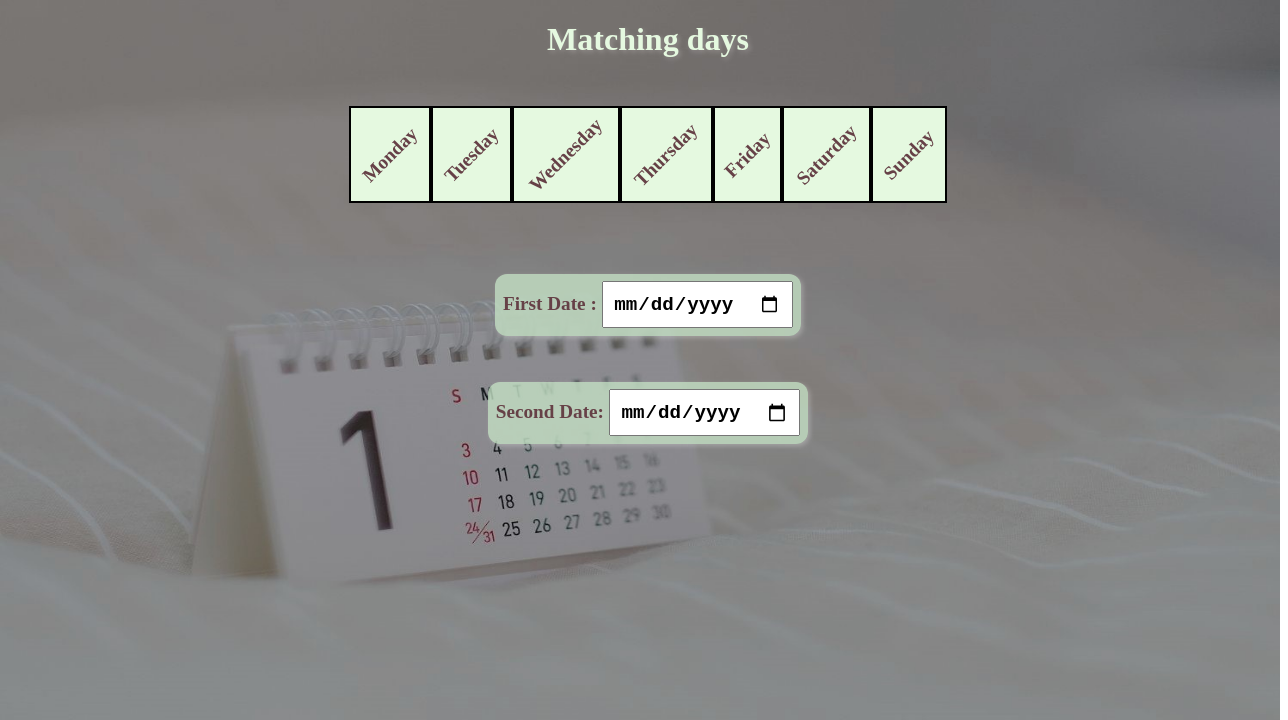
Repository: lasity34/matching-days
Page: index.html
An editor plug-in stored every save of this project. The page is shown before and after the next save, followed by the edit.
The browser window is 1280 px wide. The page is 1288 px wide, so the pictures cover 1288 px, including what lies to the right of the window. The pictures show the whole page.
Some web fonts or font styles are not loaded; a fallback is used. Some web libraries are served in a nearby version.

Above is the page before, as saved 2023-05-10 14:28:40.

After the next save:
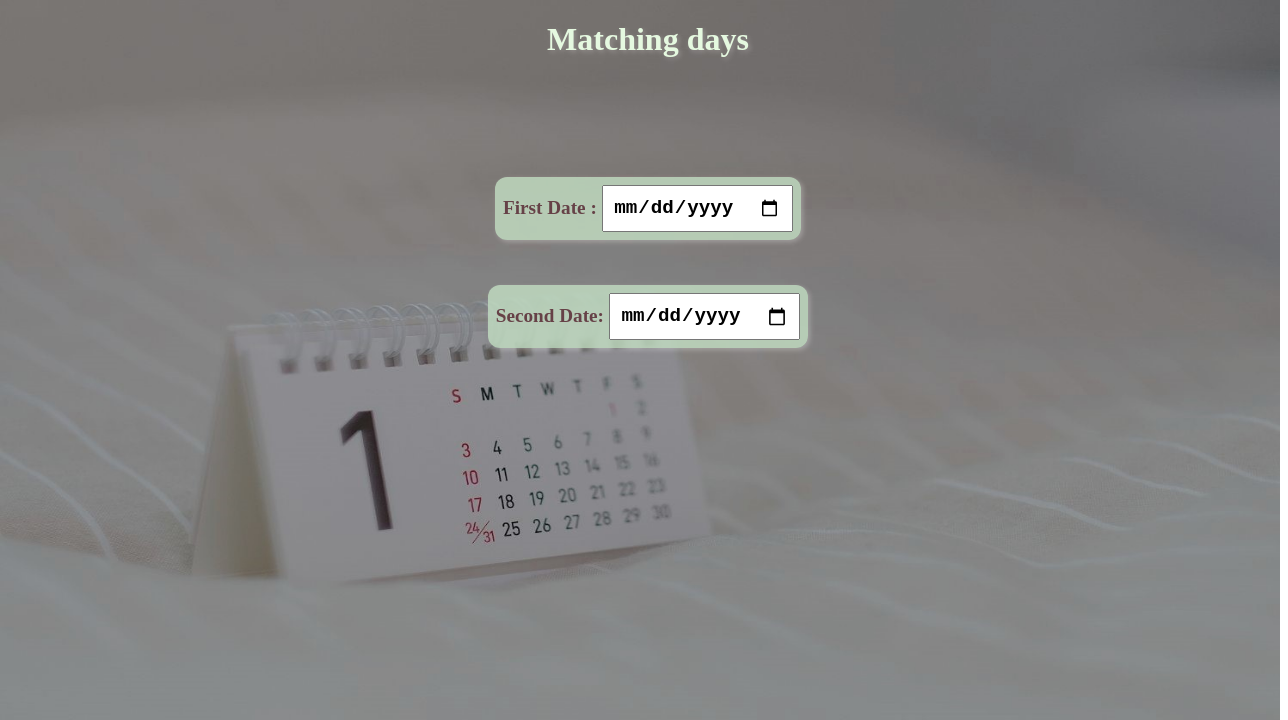
Console error: ReferenceError: daysTemplate is not defined
Saved 8 min 38 s later.
--- a/matching-days.js
+++ b/matching-days.js
@@ -9,31 +9,37 @@
 
     daysInstance.set_date_value(first_date_input.value, second_date_input.value)
     daysInstance.get_day()
+
+    daysTemplate()
+
 }
 
 
 document.addEventListener("DOMContentLoaded", function() {
 
-    const template_source = document.querySelector("#days_template").innerHTML
-    const days_template = Handlebars.compile(template_source)
+    function daysTemplate() {
+        const template_source = document.querySelector("#days_template").innerHTML
+        const days_template = Handlebars.compile(template_source)
 
 
-    const daysData = {
-        different_days: [
-            { day: "Monday"},
-            { day: "Tuesday"},
-            { day: "Wednesday"},
-            { day: "Thursday"},
-            { day: "Friday"},
-            { day: "Saturday"},
-            { day: "Sunday"}
-        ]
+        const daysData = {
+            different_days: [
+                { day: "Monday" },
+                { day: "Tuesday"},
+                { day: "Wednesday"},
+                { day: "Thursday"},
+                { day: "Friday"},
+                { day: "Saturday"},
+                { day: "Sunday"}
+            ]
+        }
+
+        const daysDataHTML = days_template(daysData)
+
+        days_data_display.innerHTML = daysDataHTML
+
     }
+    })
 
-    const daysDataHTML = days_template(daysData)
-
-    days_data_display.innerHTML = daysDataHTML
-
-})
 
 days_data_display.addEventListener("change", matching_days_update())

After the save that followed:
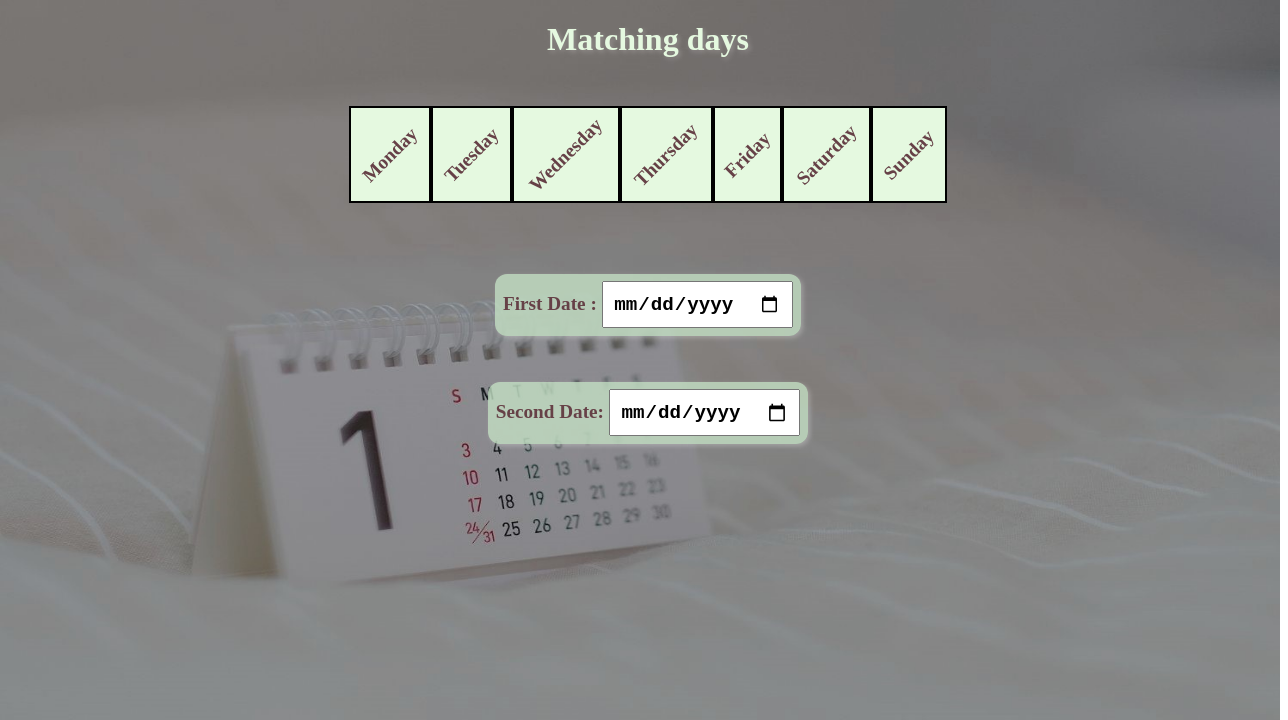
The error is gone.
Saved 57 s later.
--- a/matching-days.js
+++ b/matching-days.js
@@ -14,31 +14,33 @@
 
 }
 
+function daysTemplate() {
+    const template_source = document.querySelector("#days_template").innerHTML
+    const days_template = Handlebars.compile(template_source)
+
+
+    const daysData = {
+        different_days: [
+            { day: "Monday" },
+            { day: "Tuesday"},
+            { day: "Wednesday"},
+            { day: "Thursday"},
+            { day: "Friday"},
+            { day: "Saturday"},
+            { day: "Sunday"}
+        ]
+    }
+
+    const daysDataHTML = days_template(daysData)
+
+    days_data_display.innerHTML = daysDataHTML
+
+}
+
 
 document.addEventListener("DOMContentLoaded", function() {
+    daysTemplate()
 
-    function daysTemplate() {
-        const template_source = document.querySelector("#days_template").innerHTML
-        const days_template = Handlebars.compile(template_source)
-
-
-        const daysData = {
-            different_days: [
-                { day: "Monday" },
-                { day: "Tuesday"},
-                { day: "Wednesday"},
-                { day: "Thursday"},
-                { day: "Friday"},
-                { day: "Saturday"},
-                { day: "Sunday"}
-            ]
-        }
-
-        const daysDataHTML = days_template(daysData)
-
-        days_data_display.innerHTML = daysDataHTML
-
-    }
     })
 
 
